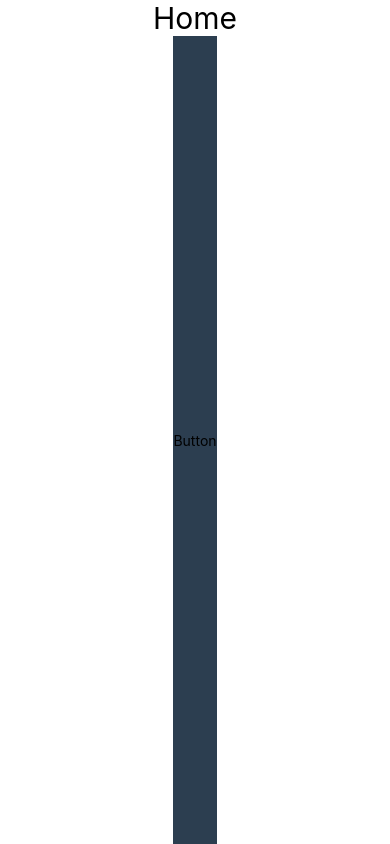
Repository: Kubraaygun/ReactNativeMVVM
Screen: /
The author's editor kept a copy of each file at every save. The screen is drawn from the files as they stood at one save, then again after the next save.
The app was drawn by React Native's web renderer in a window 390 px wide. The project was rebuilt for these pictures with package versions that can differ from the ones it lists, and the page was loaded fresh each time.

Above is the screen before, as saved 2024-12-12 01:05:02.

### App.jsx
//import liraries
import React, {Component} from 'react';
import {View, Text, StyleSheet} from 'react-native';
import Home from './src/screens/home';

// create a component
const App = () => {
  return <Home />;
};

export default App;

### src/screens/home/index.jsx
//import liraries
import React, {Component} from 'react';
import {View, Text, StyleSheet} from 'react-native';
import Button from '../../components/ui/button';

// create a component
const Home = () => {
  return (
    <View style={styles.container}>
      <Text style={{fontSize: 30}}>Home</Text>
      <Button />
    </View>
  );
};

// define your styles
const styles = StyleSheet.create({
  container: {
    flex: 1,
    justifyContent: 'center',
    alignItems: 'center',
    backgroundColor: '#fff',
  },
});

//make this component available to the app
export default Home;

### src/components/ui/button.jsx
//import liraries
import React, {Component} from 'react';
import {View, Text, StyleSheet} from 'react-native';

// create a component
const Button = () => {
  return (
    <View style={styles.container}>
      <Text>Button</Text>
    </View>
  );
};

// define your styles
const styles = StyleSheet.create({
  container: {
    flex: 1,
    justifyContent: 'center',
    alignItems: 'center',
    backgroundColor: '#2c3e50',
  },
});

//make this component available to the app
export default Button;

After the next save:
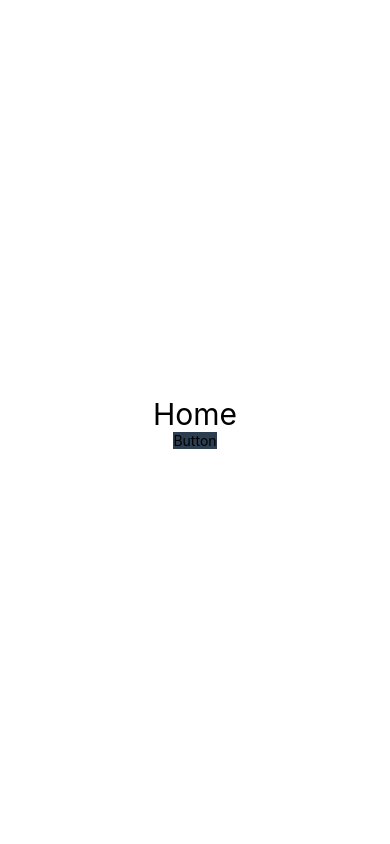
Saved 11 s later.
--- a/src/components/ui/button.jsx
+++ b/src/components/ui/button.jsx
@@ -14,7 +14,6 @@ const Button = () => {
 // define your styles
 const styles = StyleSheet.create({
   container: {
-    flex: 1,
     justifyContent: 'center',
     alignItems: 'center',
     backgroundColor: '#2c3e50',
